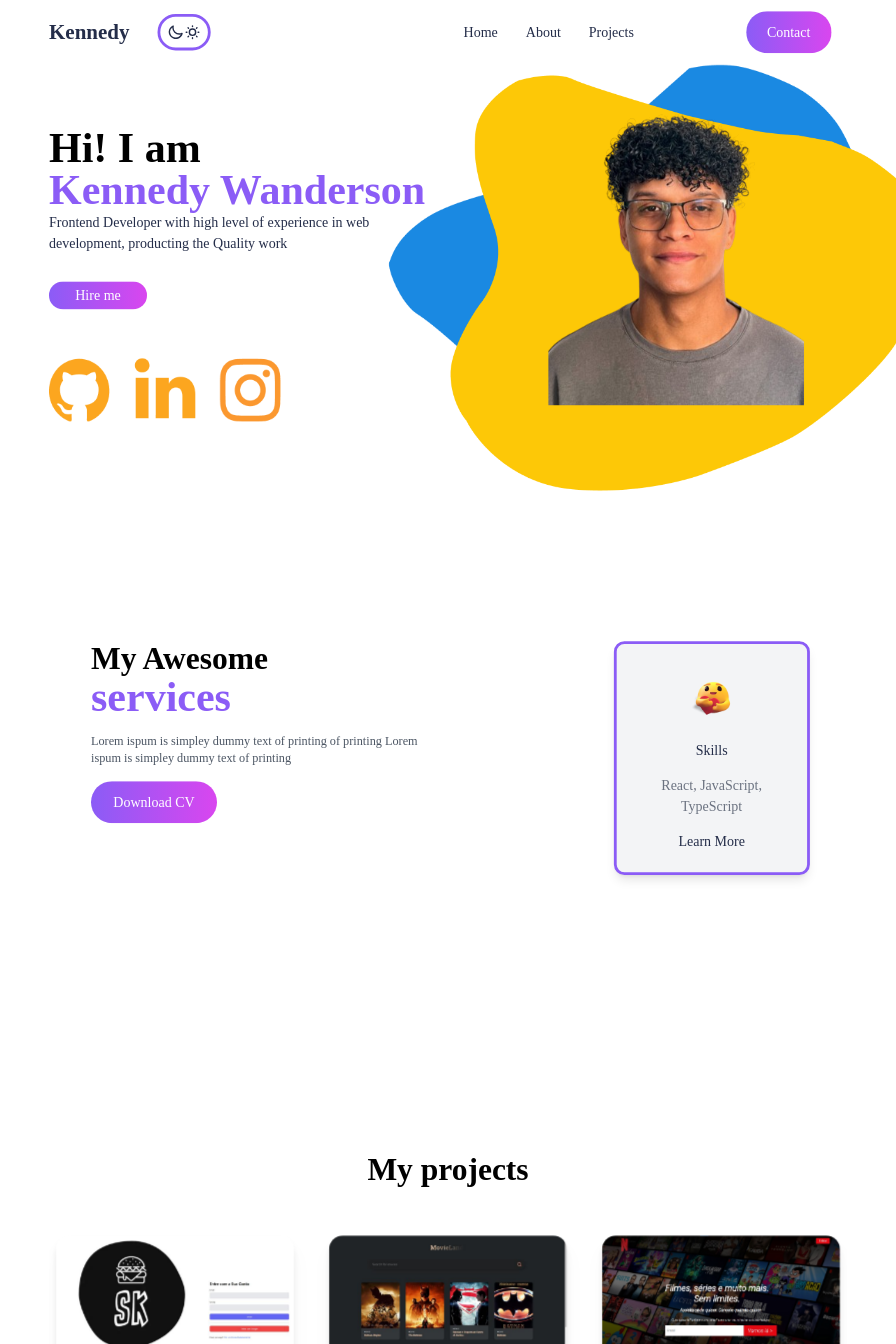
Repository: KennedyWanderson/portfolio
Page: /
An editor plug-in stored every save of this project. The page is shown before and after the next save, followed by the edit.
The browser window is 1280 px wide. The pictures show the part of the page from y = 0 to 1920 px (the page is 3202 px tall), at 70% of full size.
Some web fonts or font styles are not loaded; a fallback is used. The project was rebuilt for these pictures with package versions that can differ from the ones it lists, and the page was loaded fresh each time. Imported but missing from the stored project, and not drawn on this page: src/Components/Services/Kennedy_CV.pdf.

Above is the page before, as saved 2024-01-20 11:10:31.

### public/index.html
<!DOCTYPE html>
<html lang="en">
  <head>
    <meta charset="utf-8" />
    <link rel="icon" href="%PUBLIC_URL%/favicon.ico" />
    <meta name="viewport" content="width=device-width, initial-scale=1" />
    <meta name="theme-color" content="#000000" />
    <meta
      name="description"
      content="Web site created using create-react-app"
    />

    <style>
      @font-face{
        font-family: Gumela;
        src: url('../src/fonts/*');
      }

      *{
        font-family: 'Gumela';
        font-weight: normal;
        font-size: 20px;
      }
      body{
        margin: 0;
      }
    </style>
    <link rel="apple-touch-icon" href="%PUBLIC_URL%/logo192.png" />
    <!--
      manifest.json provides metadata used when your web app is installed on a
      user's mobile device or desktop. See https://developers.google.com/web/fundamentals/web-app-manifest/
    -->
    <link rel="manifest" href="%PUBLIC_URL%/manifest.json" />
    <!--
      Notice the use of %PUBLIC_URL% in the tags above.
      It will be replaced with the URL of the `public` folder during the build.
      Only files inside the `public` folder can be referenced from the HTML.

      Unlike "/favicon.ico" or "favicon.ico", "%PUBLIC_URL%/favicon.ico" will
      work correctly both with client-side routing and a non-root public URL.
      Learn how to configure a non-root public URL by running `npm run build`.
    -->
    <title>React App</title>
  </head>
  <body>
    <noscript>You need to enable JavaScript to run this app.</noscript>
    <div id="root"></div>
    <!--
      This HTML file is a template.
      If you open it directly in the browser, you will see an empty page.

      You can add webfonts, meta tags, or analytics to this file.
      The build step will place the bundled scripts into the <body> tag.

      To begin the development, run `npm start` or `yarn start`.
      To create a production bundle, use `npm run build` or `yarn build`.
    -->
  </body>
</html>

### src/index.css
@import 'tailwindcss/base';
@import 'tailwindcss/components';
@import 'tailwindcss/utilities';

:root
{
  --yellow: #F5C32C;
    --orange : #FCA61F;
    --black : #242D49;
    --gray : #788097;
    --blueCard : #DDF8FE;
    --purple: rgb(238 210 255);
    --boxShadow : 0px 19px 60px rgb(0 0 0 / 8%);
    --orangeCard: rgba(252, 166, 31, 0.45);
    --smboxShadow: -79px 51px 60px rgba(0, 0, 0, 0.08);
}

.App{
    overflow: hidden;
    color: var(--black);
}

### src/App.js
import logo from './logo.svg';
import './App.css';
import './index.css'
import Navbar from './Components/Navbar/Navbar';
import About from './Components/About/About';
import Services from './Components/Services/Services';
import Portfolio from './Components/Portfolio/Portfolio';
import Contact from './Components/Contact/Contact';
import Footer from './Components/Footer/Footer';

function App() {
  return (
    <>
    <div className="App">
      <Navbar />
      <About />
      <Services />
      <Portfolio />
      <Contact />
    </div>
      <Footer />

    </>
  );
}

export default App;

### src/App.css
@import 'tailwindcss/base';
@import 'tailwindcss/components';
@import 'tailwindcss/utilities';

:root
{
  --yellow: #F5C32C;
    --orange : #FCA61F;
    --black : #242D49;
    --gray : #788097;
    --blueCard : #DDF8FE;
    --purple: rgb(238 210 255);
    --boxShadow : 0px 19px 60px rgb(0 0 0 / 8%);
    --orangeCard: rgba(252, 166, 31, 0.45);
    --smboxShadow: -79px 51px 60px rgba(0, 0, 0, 0.08);
}

.App{
    padding: 0.5rem 3.5rem;
    overflow: hidden;
    color: var(--black);
}

.button{
  border-radius: 34px;
  border: none;
  color: white;
  font-size: 16px;
  padding: 10px;
}

### src/Components/Navbar/Navbar.jsx
import React from "react";
import Toggle from "../Toggle/Toggle";

const Navbar = () => {
    return(             //h-screen
        <div className="h-[10vh] flex justify-between">
            <div className="flex-1 flex items-center gap-8">
                <div className="text-2xl font-bold">Kennedy</div>
                <Toggle />
            </div>
            <div className="flex flex-1 items-center justify-center font-normal">
                <div className="flex-grow-10">
                    <ul className="flex gap-8 mr-32 hover:cursor-grab">
                        <li className="hover:text-orange-500">Home</li>
                        <li className="hover:text-orange-500">About</li>
                        <li className="hover:text-orange-500">Projects</li>
                    </ul>
                </div>
                <button className=" rounded-3xl	border-none	text-white text-base pt-3 p-3 pr-6 pl-6 bg-gradient-to-r from-violet-500 to-fuchsia-500
                hover:cursor-grab bg-white hover:text-orange-500
                ">Contact</button>
            </div>
        </div>
    )
}

export default Navbar;

### src/Components/About/About.jsx
import React from "react";
import Github from '../../img/github.png'
import Instagram from '../../img/instagram.png'
import Linkedin from '../../img/linkedin.png'
import Profile from '../../img/eu.png'
import './About.css'
import Vector1 from '../../img/Vector1.png'
import Vector2 from '../../img/Vector2.png'



const About = () => {
    return (
        <div className="flex h-[77vh] my-20">
            <div className="flex flex-col relative flex-1 gap-8">
                <div className="flex flex-col">
                    <span className="text-black font-bold text-5xl">Hi! I am</span>
                    <span className="text-violet-500 font-bold text-5xl">Kennedy Wanderson</span>
                    <span>Frontend Developer with high level of experience
                        in web development, producting the Quality work                   </span>
                </div>
                <button className="rounded-3xl	border-none	text-white text-base pt-3 p-3 pr-6 pl-6 bg-gradient-to-r from-violet-500 to-fuchsia-500
                hover:cursor-grab bg-white hover:text-orange-500 w-28 h-8 flex justify-center items-center">Hire me</button>
                <div className="mt-6 flex gap-7 hover:cursor-grab">
                    <a href="https://github.com/KennedyWanderson">
                        <img src={Github} alt="" />
                    </a>
                    <a href="https://www.linkedin.com/in/kennedy-wanderson/">
                        <img src={Linkedin} alt="" />
                    </a>
                    <a href="https://www.instagram.com/_dev.kennedy/">
                        <img src={Instagram} alt="" />
                    </a>
                </div>
            </div>
            <div className="i-right">
                <img src={Vector1} alt="" />
                <img src={Vector2} alt="" />
                <img src={Profile} alt="" />
            </div>
        </div>
    )
}

export default About;

### src/Components/Services/Services.jsx
import React from "react";
import HeartEmoji from '../../img/heartemoji.png'
import Glasses from '../../img/glassesimoji.png'
import Humble from '../../img/humble.png'
import Card from "../Card/Card";
import Resume from './Kennedy_CV.pdf'

const Services = () => {
    return (
        <div className="pt-0 pb-12 pr-3 pl-12 flex h-[90vh]  mt-36">
            <div className="flex flex-col relative">
                <span className="text-black text-4xl font-bold">My Awesome</span>
                <span className="text-violet-500 font-bold text-5xl">services</span>
                <spane className="text-gray-600 text-sm mt-4">Lorem ispum is simpley dummy text of printing of printing Lorem

                    <br />
                    ispum is simpley dummy text of printing
                </spane>
                <a href={Resume} download>
                    <button className="rounded-3xl	border-none	text-white text-base pt-3 p-3 pr-6 pl-6 bg-gradient-to-r from-violet-500 to-fuchsia-500
                    hover:cursor-grab bg-white hover:text-orange-500 w-36 mt-4">Download CV</button>
                </a>
            </div>
            <div className="relative">
                <div className="left-56 absolute">
                    <Card
                        emoji={HeartEmoji}
                        heading={'Skills'}
                        detail={'React, JavaScript, TypeScript'}
                    />
                </div>
            </div>
        </div>
    )
}

export default Services;

### src/Components/Portfolio/Portfolio.jsx
import React from "react";
import {Swiper, SwiperSlide} from 'swiper/react'
import 'swiper/css'
import Admin from '../../img/admin.jpeg'
import Movie from '../../img/movie.jpeg'
import Netflix from '../../img/netflix.jpeg'

const Portfolio = () => {
    return(
        <div className="flex flex-col items-center justify-center h-[70vh]">
            <span className="text-black font-bold text-4xl">My projects</span>


            <Swiper spaceBetween={30}
            slidesPerView={3}
            grabCursor={true}
            className="overflow-visible w-full mt-12">
                <SwiperSlide className="w-80 p-2">
                    <img className="w-72 drop-shadow-xl rounded-2xl"  src={Admin} alt="" />
                </SwiperSlide>
                <SwiperSlide className="w-80 p-2">
                    <img className="w-72 drop-shadow-xl rounded-2xl" src={Movie} alt="" />
                </SwiperSlide>
                <SwiperSlide className="w-80 p-2">
                    <img className="w-72 drop-shadow-xl rounded-2xl"  src={Netflix} alt="" />
                </SwiperSlide>
                <SwiperSlide className="w-80 p-2">
                    <img className="w-72 drop-shadow-xl rounded-2xl" src={Movie} alt="" />
                </SwiperSlide>
            </Swiper>
        </div>
    )
}

export default Portfolio;

### src/Components/Contact/Contact.jsx
import React, { useState } from "react";
import { useRef } from 'react';
import emailjs from '@emailjs/browser';

const Contact = () => {

  const form = useRef();

  const [done, setDone] = useState(false)

  const sendEmail = (e) => {
    e.preventDefault();

    emailjs.sendForm('service_nloztkk', 'template_w0nf8e5', form.current, 'l4pVECB3jFJ-edbZo')
      .then((result) => {
          console.log(result.text);
          setDone(true)
      }, (error) => {
          console.log(error.text);
      });
  };

    return(
        <div className="pt-0 pr-12 pb-0 pl-12 mt-16 flex h-[80vh]">
            <div>
                <div className="flex flex-col">
                    <span className="text-black font-bold text-4xl">Get in touch</span>
                    <span className="text-violet-500 font-bold text-5xl">Contact me</span>
                </div>
            </div>

            <div className="flex justify-center relative flex-1">
                <form ref={form} onSubmit={sendEmail} className="flex flex-col gap-8 items-center" action="">
                    <input type="text" name="user_name" className=" w-80 h-8 p-2 outline-none border-2 border-violet-500 rounded-lg text-base" placeholder="Name" />
                    <input type="email" name="user_email" className="w-80 h-8 p-2 outline-none border-2 border-violet-500 rounded-lg text-base" placeholder="Email" />
                    <textarea  name="message" className="h-16 w-80 p-2 outline-none border-2 border-violet-500 rounded-lg text-base" placeholder="Message" />
                    <input type="submit" value="Send" className="rounded-3xl border-none text-white text-base pt-3 p-3 pr-6 pl-6 bg-gradient-to-r from-violet-500 to-fuchsia-500
                    hover:cursor-grab bg-white hover:text-orange-500 w-32 mt-4" />
                    <span className="text-green-500 font-bold text-xl">{done && "Thanks for contacting me!"}</span>
                </form>
            </div>
        </div>
    )
}

export default Contact;

### src/Components/Footer/Footer.jsx
import React from "react";
import Wave from '../../img/wave.png'
import Insta from '@iconscout/react-unicons/icons/uil-instagram'
import Git from '@iconscout/react-unicons/icons/uil-github'
import Linkedin from '@iconscout/react-unicons/icons/uil-linkedin'

const Footer = () => {
    return(
        <div className="flex items-center mt-[-0.5rem] mb-[-3.5rem] relative">
            <img src={Wave} alt="" style={{width: '100%'}}/>
            <div className="flex flex-col items-center justify-center absolute w-full mt-16 gap-16 text-white">
                <span>devprogrammer.wiz@gmail.com</span>
                <div className="flex gap-8">
                    <Insta color='white' size='3rem' />
                    <Git color='white' size='3rem' />
                    <Linkedin color='white' size='3rem' />
                </div>
            </div>
        </div>
    )
}

export default Footer;

### src/Components/Toggle/Toggle.jsx
import React from "react";
import Sun from '@iconscout/react-unicons/icons/uil-sun'
import Moon from '@iconscout/react-unicons/icons/uil-moon'

const Toggle = () => {
    return (
        <div className="flex justify-between rounded-full border-4 border-violet-500 relative p-2 cursor-grab
         ">
            <div className="flex ">
                <Moon />
                <Sun />
            </div>
            <div className=" rounded-full absolute bg-violet-500">

            </div>
        </div>
    )
}

export default Toggle;

### src/Components/About/About.css
.i-right{
    flex: 1;
    position: relative;
}

.i-right>*{
    position: absolute;
    z-index: 1;
}

.i-right>:nth-child(1){
    transform: scale(1.2);
    left: -5%;
    top: -9%;
}
    .i-right>:nth-child(2){
        top: -4.6%;
        transform: scale(1.2);
        left: 3rem;
    }
    .i-right>:nth-child(3){
    transform: scale(1.1);
    left: 28%;
}

### src/Components/Card/Card.jsx
import React from "react";
import '../../App.css'

const Card = ({emoji, heading, detail}) =>{
    return(
        <div className=" w-56 absolute flex flex-col gap-4 items-center w-40 text-center bg-gray-100
        rounded-xl border-4 border-violet-500 shadow-lg pt-0 pr-7 pb-6 pl-7">
            <img className="scale-50 mb-[-2rem]" src={emoji} alt="" />
            <span>{heading}</span>
            <span className="text-gray-500 text-base">{detail}</span>
            <button>Learn More</button>
        </div>
    )
}

export default Card;

Loaded but not shown: src/index.js (common file); src/reportWebVitals.js (common file); tailwind.config.js (common file)

After the next save:
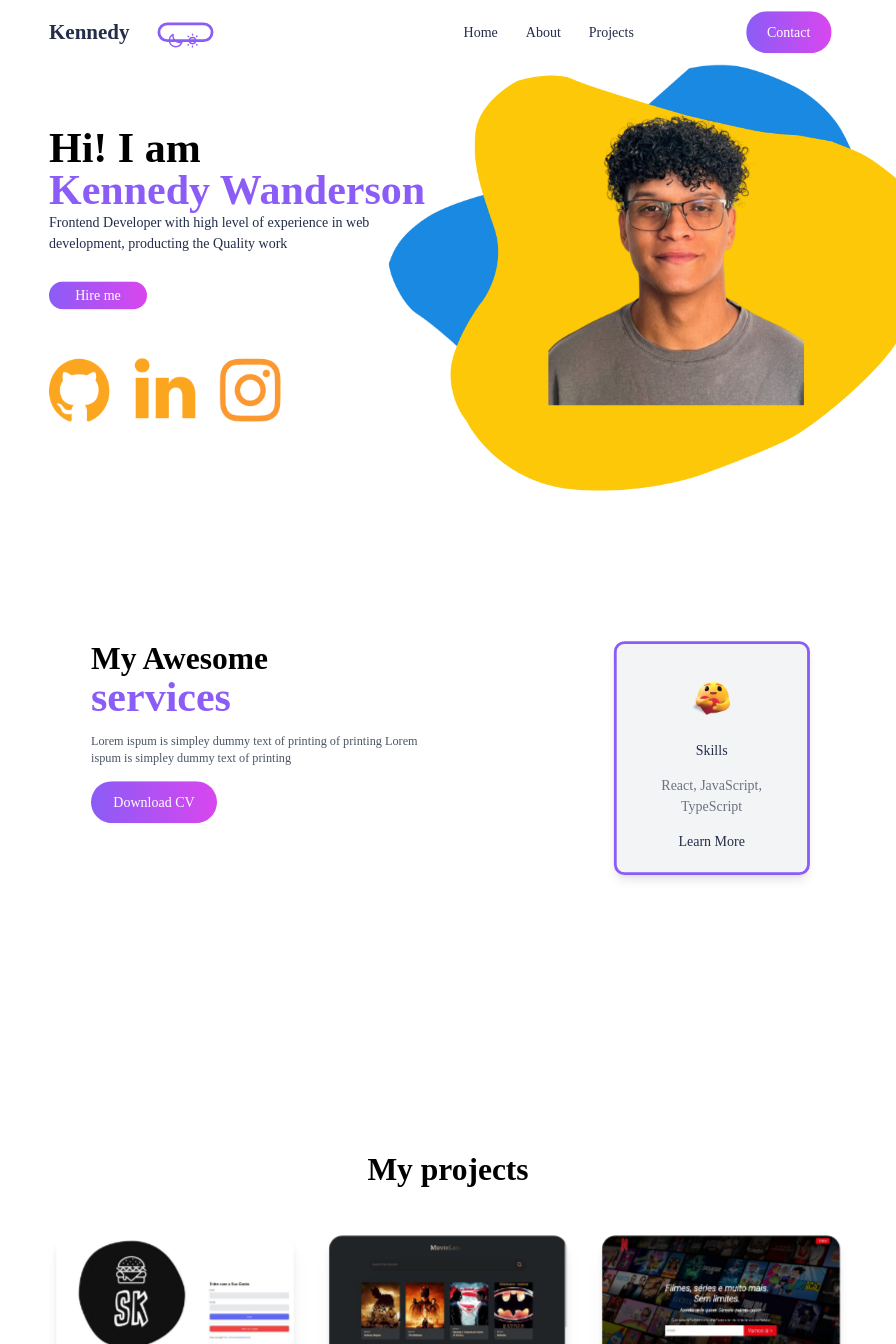
Saved 4 s later.
--- a/src/Components/Toggle/Toggle.jsx
+++ b/src/Components/Toggle/Toggle.jsx
@@ -5,7 +5,7 @@ import Moon from '@iconscout/react-unicons/icons/uil-moon'
 const Toggle = () => {
     return (
         <div className="flex justify-between rounded-full border-4 border-violet-500 relative p-2 cursor-grab
-         ">
+        w-16 h-4 text-violet-500">
             <div className="flex ">
                 <Moon />
                 <Sun />
